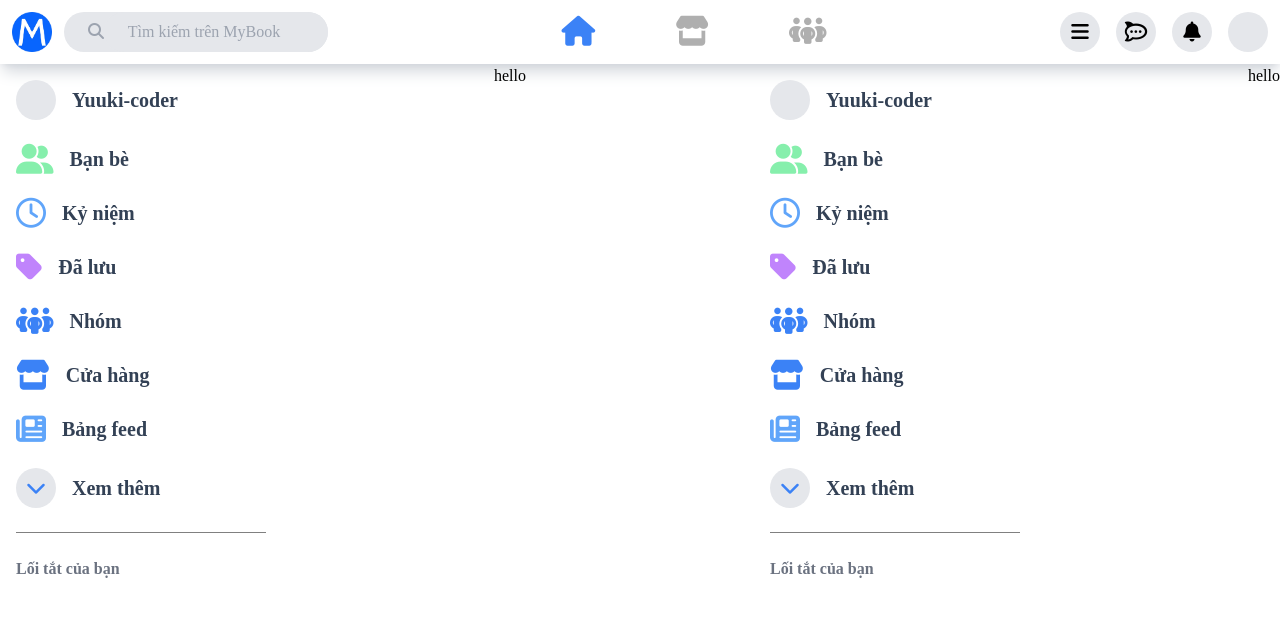
Repository: Yuukicoder/MyBook
Page: / (app in mybook/)
An editor plug-in stored every save of this project. The page is shown before and after the next save, followed by the edit.
The browser window is 1280 px wide. The pictures show the whole page.
The project was rebuilt for these pictures with package versions that can differ from the ones it lists, and the page was loaded fresh each time.

Above is the page before, as saved 2023-12-14 09:03:51.

### mybook/src/index.js
import React from 'react';
import ReactDOM from 'react-dom/client';
import './index.css';
import App from './App';
import reportWebVitals from './reportWebVitals';

const root = ReactDOM.createRoot(document.getElementById('root'));
root.render(
  <React.StrictMode >
  <App / >
  </React.StrictMode>
);

// If you want to start measuring performance in your app, pass a function
// to log results (for example: reportWebVitals(console.log))
// or send to an analytics endpoint. Learn more: https://bit.ly/CRA-vitals
reportWebVitals();

### mybook/src/index.css
@tailwind base;
@tailwind components;
@tailwind utilities;
  @import url('https://fonts.googleapis.com/css2?family=Arima:wght@100;200;300;400;500;700&display=swap');
*{
  margin: 0;
  padding: 0;
  box-sizing: border-box;
  font-family: Arima;
  /* border: 1px solid black; */
}
body{
  width: 100%;
  height: 100vh;
}

### mybook/src/App.js
import './App.css';
import '@fortawesome/fontawesome-free/css/all.min.css';
import Navbar from './Navbar'
import Option from './Option'
import News from './News';
import Friend_contact from './Friend_contact';
 var App = () =>
(
    <div class="">
        <Navbar/>
        <div class="flex justify-between">
        <Option name="Yuuki-coder"/>
        <News/>
        <Option name="Yuuki-coder"/>
        <Friend_contact/>
        </div>

    </div>
)

export default App;

### mybook/src/App.css
:root{
  --text-color: rgb(175, 175, 175);
  --bg-icon-color: #e5e7eb;
}
.avatar{
  width: 40px;
  height: 40px;
  background-color: var(--bg-icon-color);
  border-radius: 50%;
  display: flex;
  align-items: center;
  justify-content: center;
}

### mybook/src/Navbar.js
import './Navbar.css'
import '@fortawesome/fontawesome-free/css/all.min.css';

var Navbar = () =>(


    <div class="flex items-center justify-between  w-screen py-3 px-3  shadow-lg shadow-gray-300">
        <div class="flex">

    <div class="Navbar_icon pr-3">
        <img class="w-10 h-10" src='iconMyBook.png' alt=""></img>
    </div>
    <div class="Navbar_search h-10 bg-gray-200 rounded-3xl">
        <label class=" text-center h-full pl-6"for="">
    <i class="fa-solid fa-magnifying-glass text-gray-400" ></i>
        </label>

        <input class="rounded-3xl text-center h-full pr-6 bg-gray-200" type="text" placeholder="Tìm kiếm trên MyBook"></input>
        </div>

    </div>
    <div class="  Navbar_selection">
        <ul class="flex gap-20">
            <li>
            <i class="fa-solid fa-house text-blue-500"></i>
            </li>
            <li>
            <i class="fa-solid fa-store"></i>
            </li>
            <li> <i class="fa-solid fa-people-group"></i></li>
        </ul>
    </div>
    <div class="Navbar_option">
        <ul class="flex gap-4 items-center">
            <li>
            <div class="avatar">

                <i class="fa-solid fa-bars"></i>
            </div>
                </li>
            <li>
            <div class="avatar">

                <i class="fa-brands fa-rocketchat"></i>
            </div>
                </li>
            <li>
            <div class="avatar">

                <i class="fa-solid fa-bell"></i>
            </div>
                </li>
            <li><div class="avatar"></div></li>
        </ul>
    </div>
    </div>
)
export default Navbar;

### mybook/src/Option.js
import './Option.css'
// var ButtonCollapse = () =>{

//     var collapse = document.getElementById('collapse');
// }


var Option = (x) => {
    function sayHello(name) {
        alert(`hello, ${name}`);
      }

    return (
    <div class="mt-4 ml-4  grid gap-6">

    <div class="flex gap-4 items-center box ">
        <div class="avatar">
        </div>
        <p class="font-semibold text-xl text-slate-700">{x.name}</p>

    </div>
    <div class="flex gap-4 items-center box">
    <i class="fa-solid fa-user-group text-green-300"></i>
        <p class="font-semibold text-xl text-slate-700">Bạn bè</p>

    </div>
    <div class="flex gap-4 items-center box ">
    <i class="fa-regular fa-clock text-blue-400"></i>
        <p class="font-semibold text-xl text-slate-700">Kỷ niệm</p>

    </div>
    <div class="flex gap-4 items-center box ">
    <i class="fa-solid fa-tag text-purple-400"></i>
        <p class="font-semibold text-xl text-slate-700">Đã lưu</p>

    </div>
    <div class="flex gap-4 items-center box ">
    <i class="fa-solid fa-people-group text-blue-500"></i>
        <p class="font-semibold text-xl text-slate-700">Nhóm</p>

    </div>
    <div class="flex gap-4 items-center box ">
    <i class="fa-solid fa-store text-blue-500"></i>
        <p class="font-semibold text-xl text-slate-700">Cửa hàng</p>

    </div>
    <div class="flex gap-4 items-center box ">
        <i class="fa-solid fa-newspaper text-blue-400"></i>
        <p class="font-semibold text-xl text-slate-700">Bảng feed</p>

    </div>
    <div class="flex gap-4 items-center box " >
        <div class="avatar">
    <i class="fa-solid fa-chevron-down text-blue-500 "></i>
        </div>
        <button class="font-semibold text-xl text-slate-700" onclick={sayHello}>Xem thêm</button>

    </div>
    <div class="line"></div>
    <p class="text-base font-semibold text-gray-500">Lối tắt của bạn</p>
    </div>
)}
export default Option

### mybook/src/News.js
var News = () =>(
    <p>hello</p>
)
export default News;

### mybook/src/Friend_contact.js
var Friend_contact = () =>(
    <p>hello</p>
)
export default Friend_contact;

### mybook/src/Navbar.css
:root{
    --text-color: rgb(175, 175, 175);
    --bg-icon-color: #e5e7eb;
  }
  ul i{
  color: var(--text-color);
  font-size: 30px;
  }

  .Navbar_option ul li i{
    color: black;
  font-size: 20px;

  }

### mybook/src/Option.css

.box i{
    font-size: 30px;
}
.line{
    width: 250px;
    height: 1px;
    background-color: grey;
}
.avatar i{
    font-size: 20px;
}

### mybook/tailwind.config.js
/** @type {import('tailwindcss').Config} */
module.exports = {
  content: [
    "./src/**/*.{js,jsx,ts,tsx}",
  ],
  theme: {
    extend: {},
    color:{
      'text-grey':'#9ca9c9'
    }
  },
  plugins: [],
}

Loaded but not shown: mybook/public/index.html (common file); mybook/src/reportWebVitals.js (common file)

After the next save:
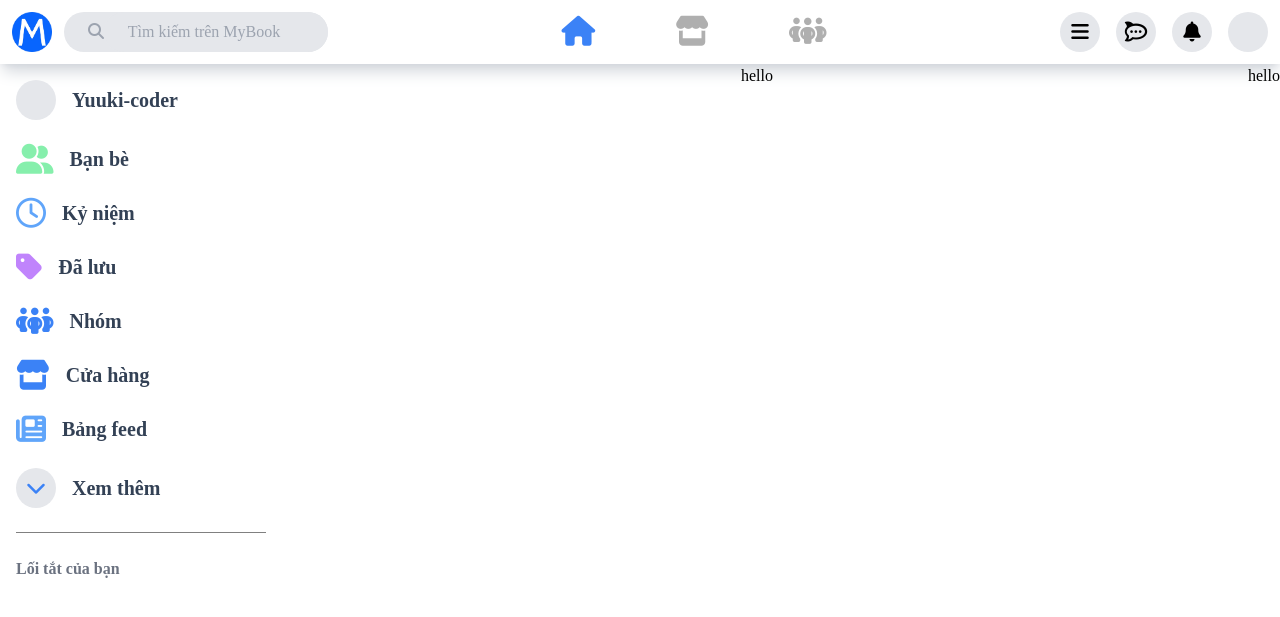
Saved 8 s later.
--- a/mybook/src/App.js
+++ b/mybook/src/App.js
@@ -11,7 +11,6 @@ import Friend_contact from './Friend_contact';
         <div class="flex justify-between">
         <Option name="Yuuki-coder"/>
         <News/>
-        <Option name="Yuuki-coder"/>
         <Friend_contact/>
         </div>
 
